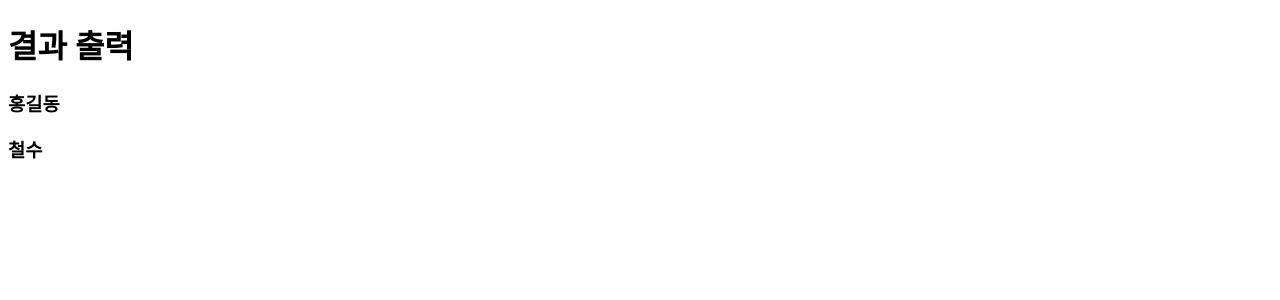
Repository: Kimth520/JSP-study
Page: http://localhost/day03/MyServlet
An editor plug-in stored every save of this project. The page is shown before and after the next save, followed by the edit.
The browser window is 1280 px wide. The pictures show the whole page.
The page is served by Tomcat 9.

Above is the page before, as saved 2025-01-14 05:14:39.

After the next save:
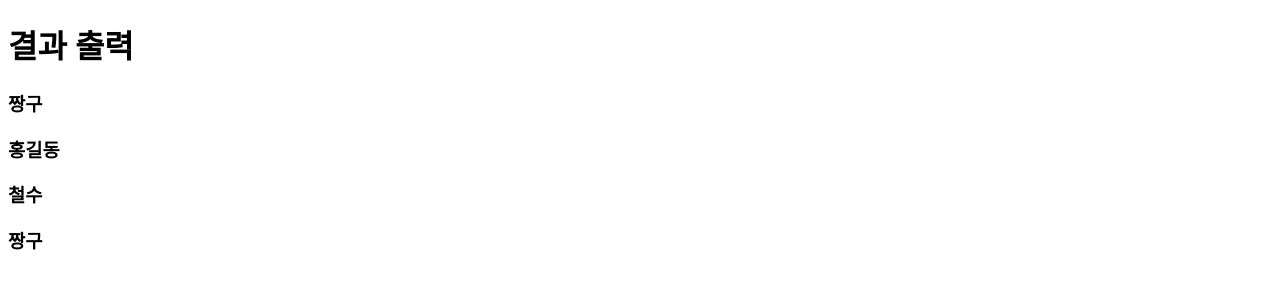
Saved 16 s later.
--- a/workspace/day03/src/main/java/com/servlet/app/MyServlet.java
+++ b/workspace/day03/src/main/java/com/servlet/app/MyServlet.java
@@ -29,7 +29,7 @@ public class MyServlet extends HttpServlet {
 		// TODO Auto-generated method stub
 //		response.getWriter().append("Served at: ").append(request.getContextPath());
 
-//		request.setAttribute("name", "짱구");
+		request.setAttribute("name", "짱구");
 //		request.getRequestDispatcher("jstlTest.jsp").forward(request, response);
 		request.setCharacterEncoding("UTF-8");
 		request.getRequestDispatcher("jstlTest.jsp?name=철수").forward(request, response);
